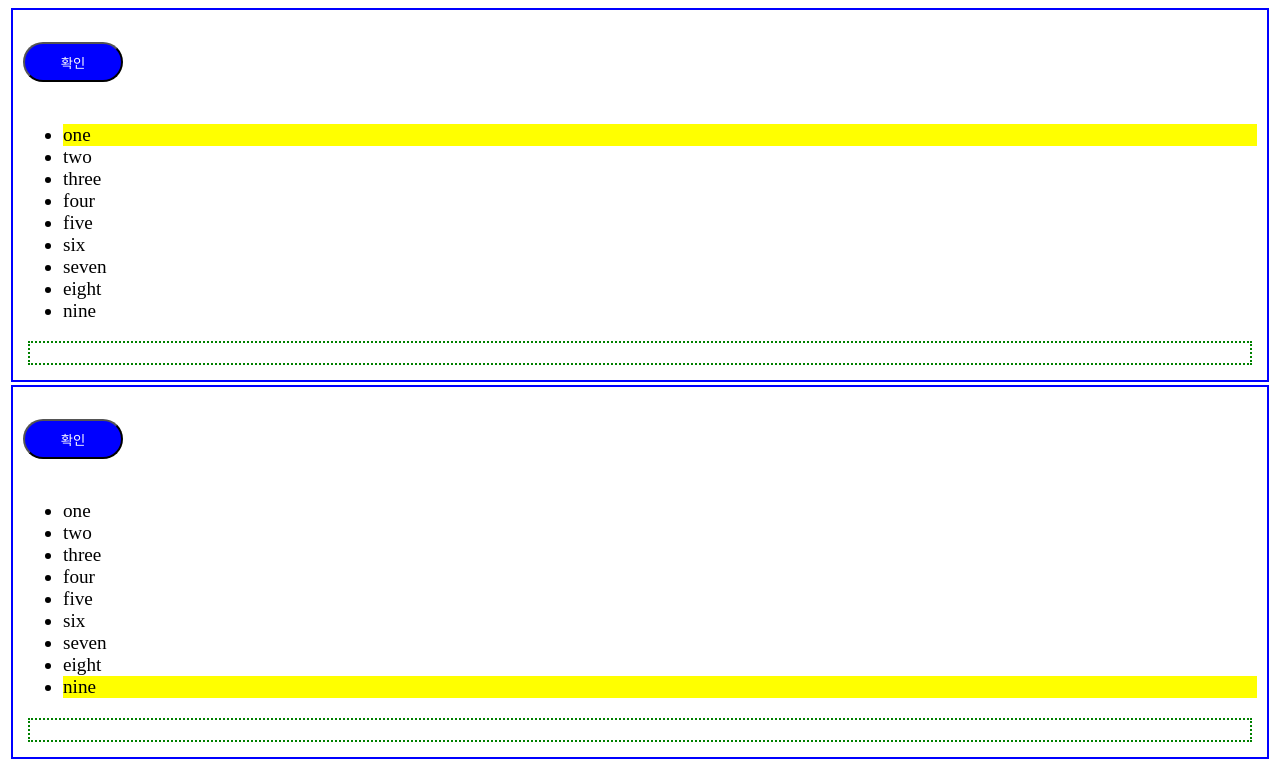
Repository: patternlobe-stack/MY_repository
Page: webpro/src/main/webapp/0915/기본필터.html
The author's editor kept a copy of each file at every save. The page is drawn from the files as they stood at one save, then again after the next save.
The browser window is 1280 px wide. The pictures show the whole page.
After loading, the first visible `#btn1` was clicked once.

Above is the page before, as saved 2025-09-15 07:12:45.

### webpro/src/main/webapp/0915/기본필터.html
<!DOCTYPE html>
<html>
<head>
<meta charset="UTF-8">
<title>Insert title here</title>
<link rel="stylesheet"  href="../css/public.css">
<script src="../js/jquery-3.7.1.js"></script>


<script>
$( () =>{
	$('#btn1').on('click',()=>{

		$(' .box1 li:first, li:last').css('background','yellow');
	//	$(' .box1 lli').first().css('background','yellow');
	//	$(' .box1 lli').last().css('background','yellow');
		$(' .box1 lli').filter(':first').css('background','yellow');

	  //$(' .box1 lli:eq(5)').css('background','red');
		$(' .box1 lli').eq(5).css('background','red');
		$(' .box1 lli').filter(':eq(5)').css('background','red');

	//	$(' .box1 lli:lt(4)').css({'font-size':'2.0rem','font-weight':'bold'});
	//	$(' .box1 lli').lt(4).css({'font-size':'2.0rem','font-weight':'bold'}); 오류남
	$(' .box1 lli').filter(':lt(4)').css({'font-size':'2.0rem','font-weight':'bold'});

	})


	 $('#btn2').on('click', ()=>{

		 $(' .box2 li:even').css('background','lime');
		 $(' .box2 li:even').css('background','lime');


	 })
})
</script>

</head>
<body>


<div class="box box1">
      <h3>
      </h3>
      <input type="button" value="확인" id="btn1"/>
      <br /><br />
      <body>
		  <ul>
		<li>one</li>
		<li>two</li>
		<li>three</li>
		<li>four</li>
		<li>five</li>
		<li>six</li>
		<li>seven</li>
		<li>eight</li>
		<li>nine</li>
		  </ul>
      <div id="result1"></div>
</div>

<div class="box box2">
      <h3>
      </h3>
      <input type="button" value="확인" id="btn2"/>
      <br /><br />
      <body>
		  <ul>
		<li>one</li>
		<li>two</li>
		<li>three</li>
		<li>four</li>
		<li>five</li>
		<li>six</li>
		<li>seven</li>
		<li>eight</li>
		<li>nine</li>
		  </ul>


      <div id="result1"></div>
</div>


</body>
</html>

### webpro/src/main/webapp/css/public.css
@charset "UTF-8";

pre {
  border: 5px inset red;
  margin: 20px;
  padding: 10px;
  font-size: 1.3rem;
}
div {
  border: 2px dotted green;
  padding: 10px;
  margin: 5px;
  font-size: 1.2rem;
}

.box {
  border: 2px solid blue;
  margin: 3px;
  padding: 10px;
}
.box input[type="button"],
.box input[type="submit"] {
  background: blue;
  color: white;
  width: 100px;
  height: 40px;
  border-radius: 50px;
}

Loaded but not shown: webpro/src/main/webapp/js/jquery-3.7.1.js (library)

After the next save:
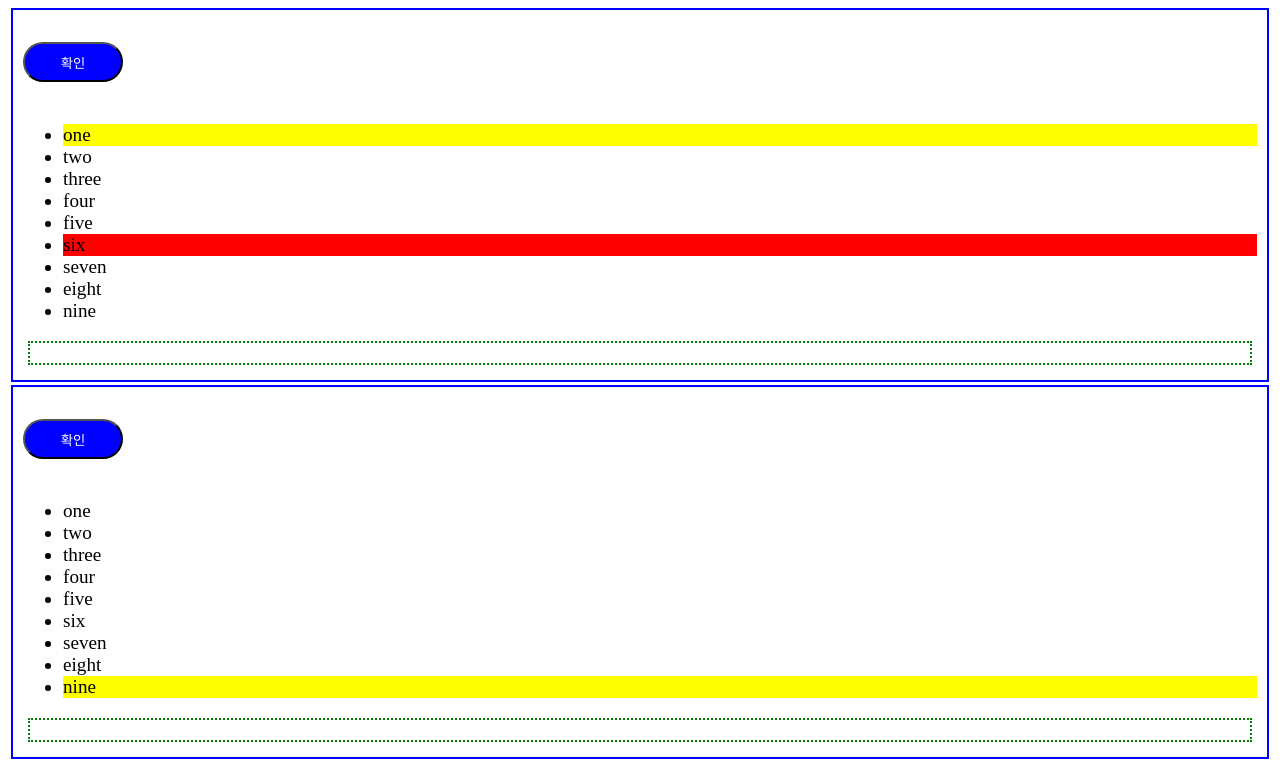
Saved 11 s later.
--- a/webpro/src/main/webapp/0915/기본필터.html
+++ b/webpro/src/main/webapp/0915/기본필터.html
@@ -18,7 +18,7 @@ $( () =>{
 
 	  //$(' .box1 lli:eq(5)').css('background','red');
 		$(' .box1 lli').eq(5).css('background','red');
-		$(' .box1 lli').filter(':eq(5)').css('background','red');
+		$(' .box1 li').filter(':eq(5)').css('background','red');
 
 	//	$(' .box1 lli:lt(4)').css({'font-size':'2.0rem','font-weight':'bold'});
 	//	$(' .box1 lli').lt(4).css({'font-size':'2.0rem','font-weight':'bold'}); 오류남
@@ -30,7 +30,7 @@ $( () =>{
 	 $('#btn2').on('click', ()=>{
 
 		 $(' .box2 li:even').css('background','lime');
-		 $(' .box2 li:even').css('background','lime');
+		 $(' .box2 li:even').even().css('background','lime');
 
 
 	 })
